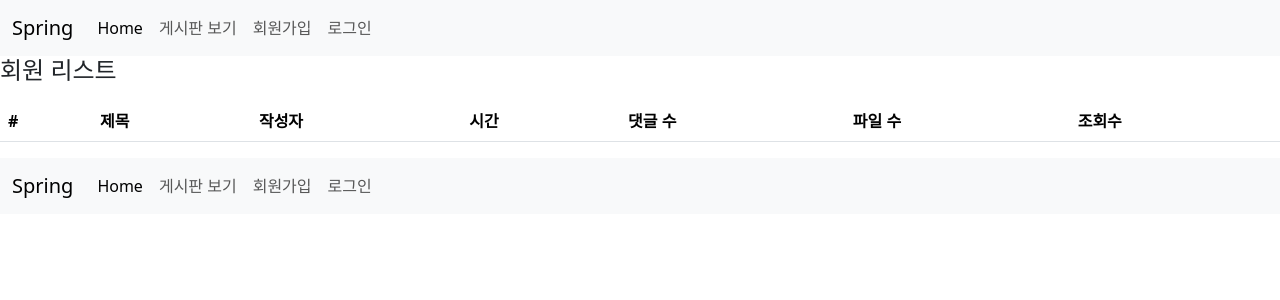
Repository: xoqls97/SpringProject
Page: http://localhost/spring_test2/WEB-INF/views/member/list.jsp
These files come from the project's save history. The page is drawn as it stood at one moment and after the next save; the edit follows.
The browser window is 1280 px wide. The pictures show the whole page.
The page is served by Tomcat 9. Nobody is signed in. The template is opened directly, without the code that normally fills it, so the values that code supplies are empty.

Above is the page before, as saved 2024-01-16 04:20:00.
Console error: TypeError: Cannot read properties of null (reading 'addEventListener')

After the next save:
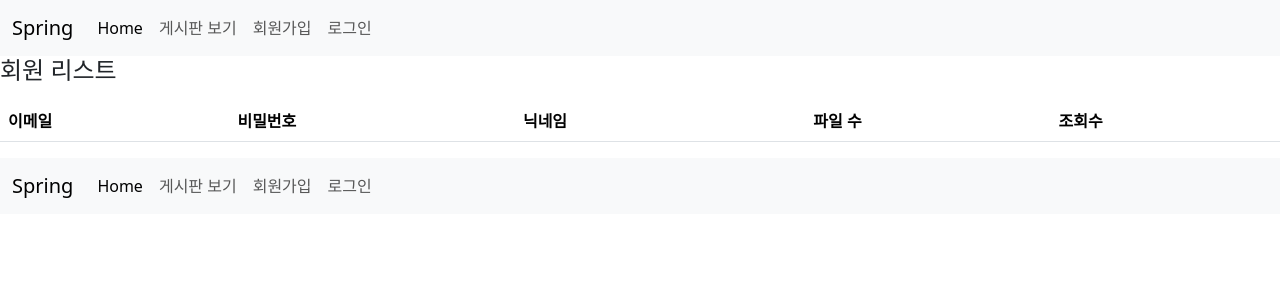
Saved 36 s later.
--- a/spring_test2/src/main/webapp/WEB-INF/views/member/list.jsp
+++ b/spring_test2/src/main/webapp/WEB-INF/views/member/list.jsp
@@ -10,11 +10,10 @@
 
      <thead>
        <tr>
-         <th scope="col">#</th>
-         <th scope="col">제목</th>
-         <th scope="col">작성자</th>
-         <th scope="col">시간</th>
-         <th scope="col">댓글 수</th>
+         <th scope="col">이메일</th>
+         <th scope="col">비밀번호</th>
+         <th scope="col">닉네임</th>
+         <th scope="col"></th>
          <th scope="col">파일 수</th>
          <th scope="col">조회수</th>
        </tr>
